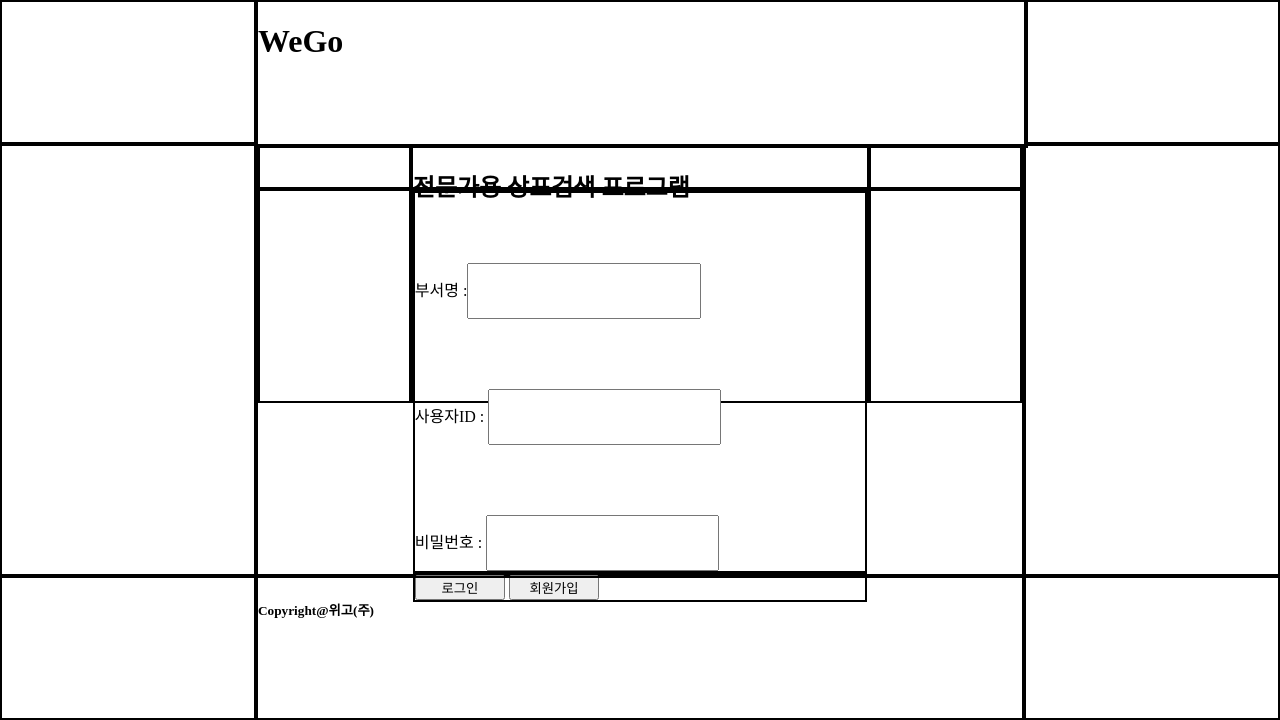
Repository: hamuse/wego1
Page: http://localhost/teamW1/facade.do
An editor plug-in stored every save of this project. The page is shown before and after the next save, followed by the edit.
The browser window is 1280 px wide. The pictures show the whole page.
Some web libraries are served in a nearby version. The page is served by Tomcat 9.

Above is the page before, as saved 2019-10-07 11:07:10.

After the next save:
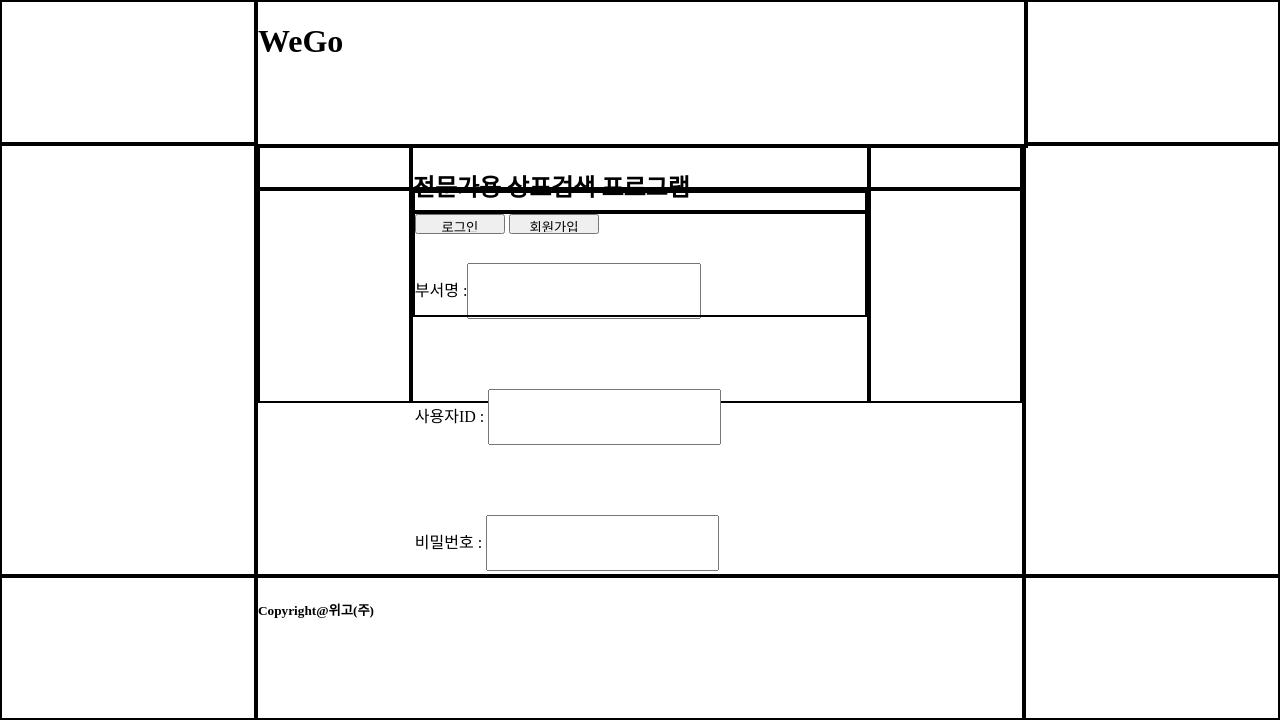
Saved 62 s later.
--- a/teamW1/WebContent/resources/css/style.css
+++ b/teamW1/WebContent/resources/css/style.css
@@ -34,7 +34,12 @@ html, body{
 	padding-top: 50px;
 }
 #join_form{width: 100%; height: 100%}
-#login_form{width: 100%; height: 100%}
+#login_form{
+	display: grid;
+	width: 100%;
+	height: 100%;
+	grid-template-rows: 10% 50% 10%;
+	}
 #login_tab div{border : 1px solid black;}
 .login_tab_item_1{grid-column: 1/5;}
 #wego{width: 100%;height: 100%;}
